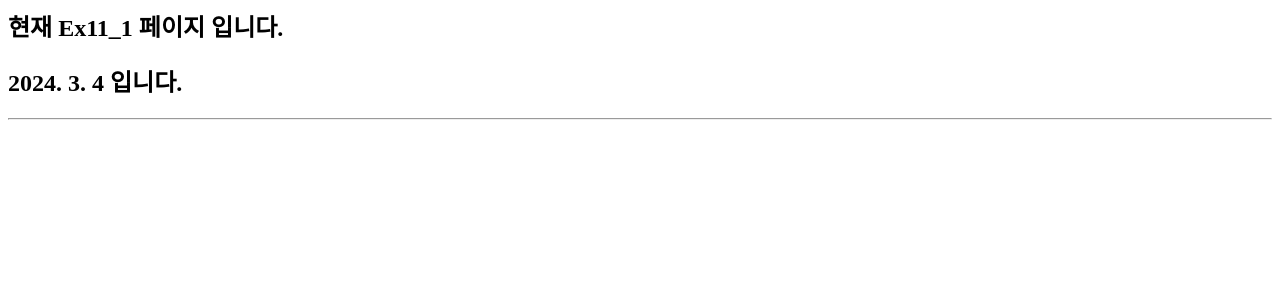
Repository: hagjun/jspstudy
Page: http://localhost/01_servlet/Ex11_1
These files come from the project's save history. The page is drawn as it stood at one moment and after the next save; the edit follows.
The browser window is 1280 px wide. The pictures show the whole page.
The page is served by Tomcat 9. Other server files are loaded and not shown.

Above is the page before, as saved 2024-03-05 03:48:32.

### 01_servlet/src/main/java/com/ict/controller/Ex11_1.java
package com.ict.controller;

import java.io.IOException;
import java.io.PrintWriter;
import java.util.Calendar;

import javax.servlet.ServletException;
import javax.servlet.annotation.WebServlet;
import javax.servlet.http.HttpServlet;
import javax.servlet.http.HttpServletRequest;
import javax.servlet.http.HttpServletResponse;

/**
 * Servlet implementation class Ex11_2
 */
@WebServlet("/Ex11_1")
public class Ex11_1 extends HttpServlet {
	private static final long serialVersionUID = 1L;

	protected void doPost(HttpServletRequest request, HttpServletResponse response) throws ServletException, IOException {

		doGet(request, response);
	}
	protected void doGet(HttpServletRequest request, HttpServletResponse response) throws ServletException, IOException {

		request.setCharacterEncoding("UTF-8");
		response.setContentType("text/html;charset=utf-8");
		PrintWriter out = response.getWriter();

		Calendar now = Calendar.getInstance();
		int year = now.get(Calendar.YEAR);
		int month = now.get(Calendar.MONTH)+1;
		int day = now.get(Calendar.DATE);


		out.println("<h2>현재 Ex11_1 페이지 입니다. </h2>");
		out.println("<h2>" + year + ". " + month + ". " + day +  " 입니다.</h2>");
		out.println("<hr>");


	}


}

After the next save:
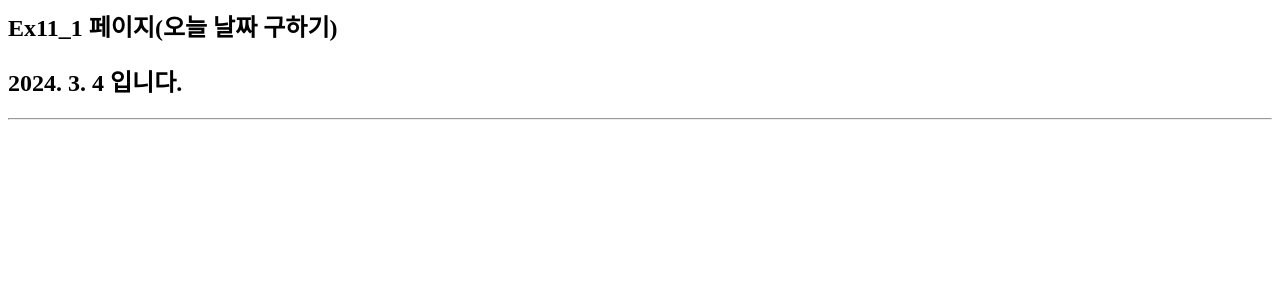
Saved 17 s later.
--- a/01_servlet/src/main/java/com/ict/controller/Ex11_1.java
+++ b/01_servlet/src/main/java/com/ict/controller/Ex11_1.java
@@ -33,7 +33,7 @@ public class Ex11_1 extends HttpServlet {
 		int day = now.get(Calendar.DATE);
 
 
-		out.println("<h2>현재 Ex11_1 페이지 입니다. </h2>");
+		out.println("<h2>Ex11_1 페이지(오늘 날짜 구하기)</h2>");
 		out.println("<h2>" + year + ". " + month + ". " + day +  " 입니다.</h2>");
 		out.println("<hr>");
 
